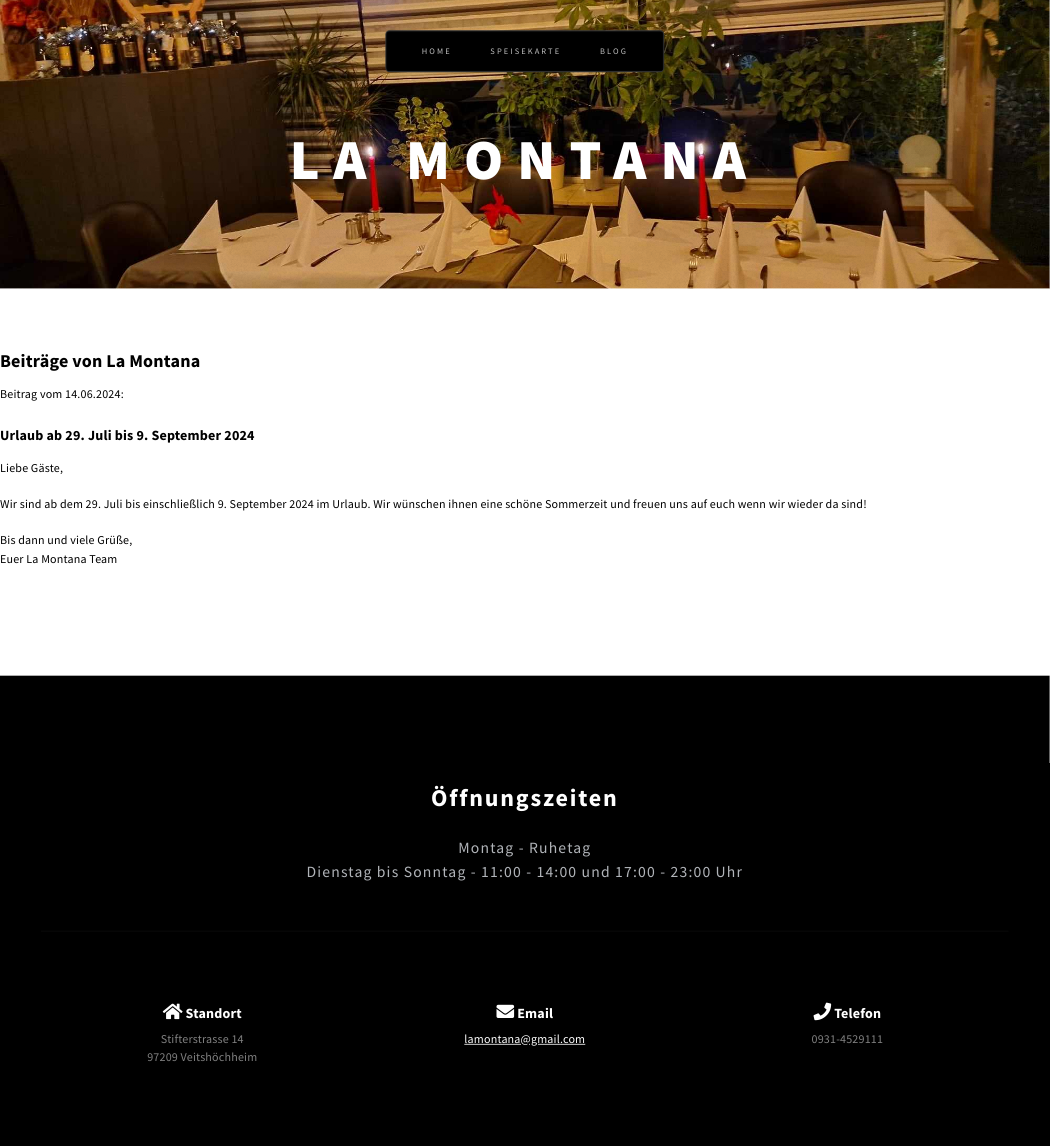
Repository: restaurantlamontana/restaurantlamontana.github.io
Page: blog.html
These files come from the project's save history. The page is drawn as it stood at one moment and after a run of saves; the edit follows.
The browser window is 1280 px wide. The pictures show the whole page, at 82% of full size.

Above is the page before, as saved 2024-07-14 18:53:55.

### blog.html
<!DOCTYPE HTML>
<!--
	Escape Velocity by HTML5 UP
	html5up.net | @ajlkn
	Free for personal and commercial use under the CCA 3.0 license (html5up.net/license)
-->
<html>
	<head>
		<title>La Montana - Blog</title>
		<meta charset="utf-8" />
		<meta name="viewport" content="width=device-width, initial-scale=1, user-scalable=no" />
		<link rel="stylesheet" href="assets/css/main.css" />
	</head>
	<body class="right-sidebar is-preload">
		<div id="page-wrapper">
			<!-- Header -->
			<section id="header" class="wrapper">
				<!-- Logo -->
				<div id="logo">
				  <h1 style="font-size: 69px;"><a href="index.html">La Montana</a></h1>
				</div>

				<!-- Nav -->
				<nav id="nav">
				  <ul class="toplinks">
					<li class="current"><a href="index.html">Home</a></li>
					<li><a href="assets/Speisekarte_Scan.pdf" target="_blank">Speisekarte</a></li>
					<li><a href="blog.html">Blog</a></li>
				  </ul>
				</nav>
			  </section>

			<!-- Main -->
				<section id="main" class="wrapper style2">
					<div>
						<h1 style="color: black;">Beiträge von La Montana</h1>
						<div>
						<p style="color: black;">Beitrag vom 14.06.2024:</p>
						<h3 style="color: black;">Urlaub ab 29. Juli bis 9. September 2024</h3>
						<p style="color: black;">
							Liebe Gäste,
							<br>
							<br>
							Wir sind ab dem 29. Juli bis einschließlich 9. September 2024 im Urlaub.
							Wir wünschen ihnen eine schöne Sommerzeit und freuen uns auf euch wenn wir wieder da sind!
							<br>
							<br>
							Bis dann und viele Grüße, <br>
							Euer La Montana Team
						</p>
					</div>
					</div>
				</section>

		<!-- Footer -->
		<section id="footer" class="wrapper">
			<div class="container">
				<header class="style1">
					<h2>Öffnungszeiten</h2>
					<p>
						Montag - Ruhetag <br />
						Dienstag bis Sonntag - 11:00 - 14:00 und 17:00 - 23:00 Uhr
					</p>
				</header>
				<div class="flex-container">
					<div class="flex-item">
						<h3 class="icon solid fa-home">   Standort</h3>
						<p>
							Stifterstrasse 14<br />
							97209 Veitshöchheim<br />
						</p>
					</div>
					<div class="flex-item">
						<h3 class="icon solid fa-envelope">   Email</h3>
						<p>
							<a href="#">lamontana@gmail.com</a>
						</p>
					</div>
					<div class="flex-item">
						<h3 class="icon solid fa-phone">   Telefon</h3>
						<p>0931-4529111</p>
					</div>
				</div>
			</div>
		</section>
	</body>
	</html>

Loaded but not shown: assets/css/fontawesome-all.min.css (library); assets/css/main.css (3152 lines, source omitted)

After the next 2 saves:
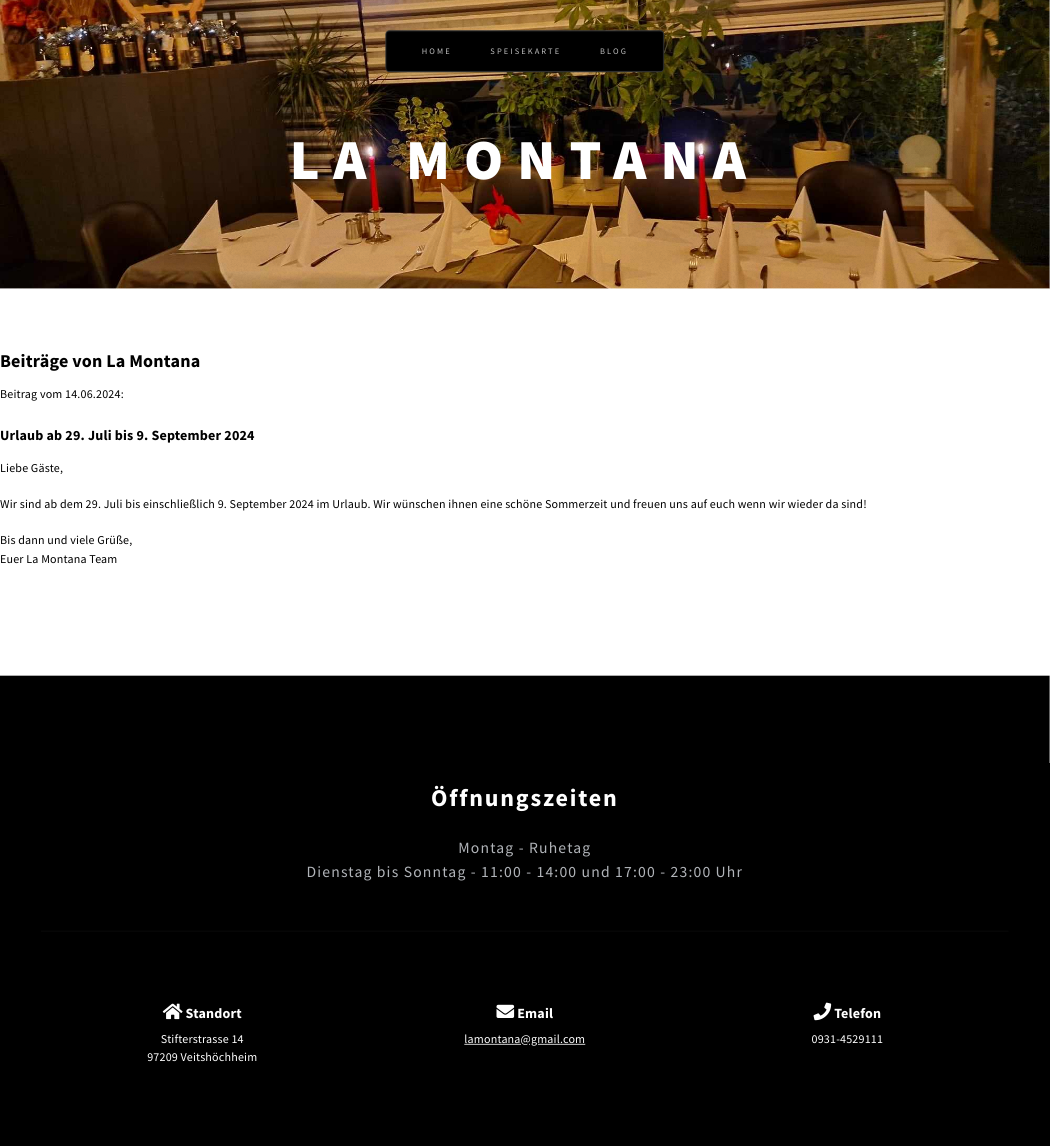
The 2 saves are shown as one change because they came seconds apart.
The last was saved 16 s later.
--- a/blog.html
+++ b/blog.html
@@ -65,7 +65,7 @@
 				<div class="flex-container">
 					<div class="flex-item">
 						<h3 class="icon solid fa-home">   Standort</h3>
-						<p>
+						<p style="color: white;">
 							Stifterstrasse 14<br />
 							97209 Veitshöchheim<br />
 						</p>
@@ -78,7 +78,7 @@
 					</div>
 					<div class="flex-item">
 						<h3 class="icon solid fa-phone">   Telefon</h3>
-						<p>0931-4529111</p>
+						<p style="color: white;">0931-4529111</p>
 					</div>
 				</div>
 			</div>
